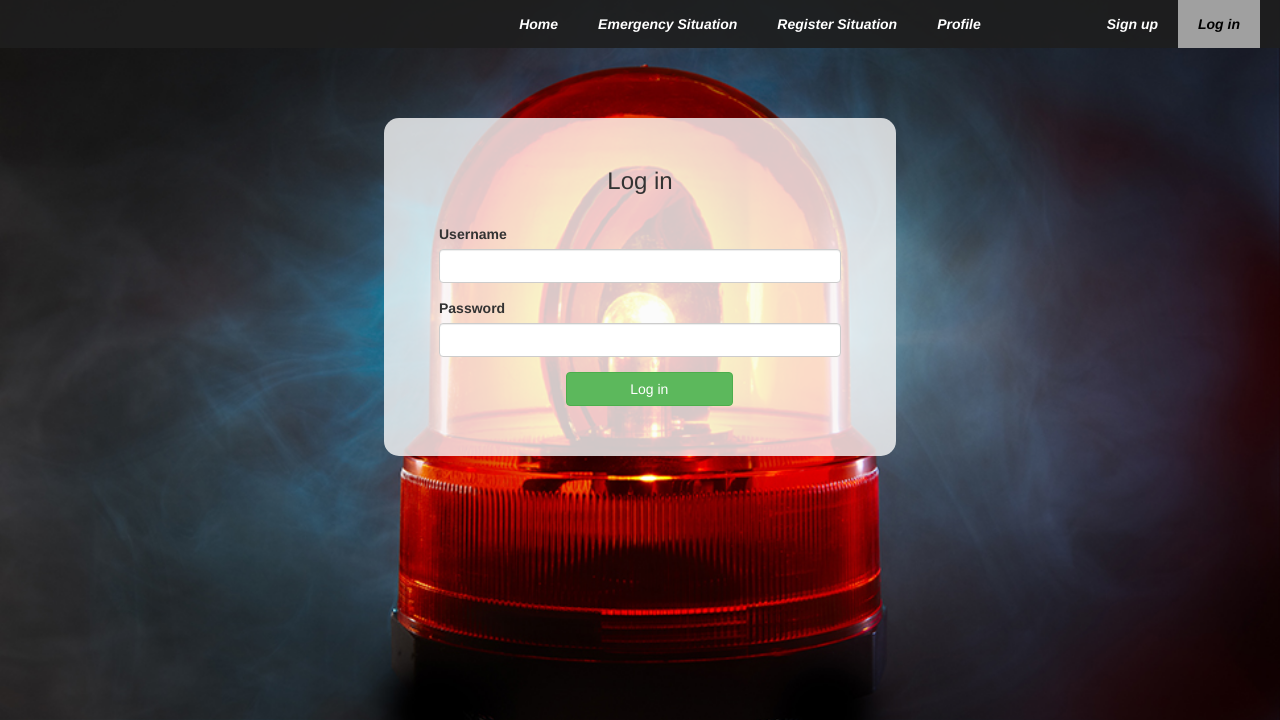
Repository: majamiljic/WebProgramming
Page: emergencySituations/WebContent/login.html
An editor plug-in stored every save of this project. The page is shown before and after the next save, followed by the edit.
The browser window is 1280 px wide. The pictures show the whole page.

Above is the page before, as saved 2018-01-26 13:37:09.

After the next save:
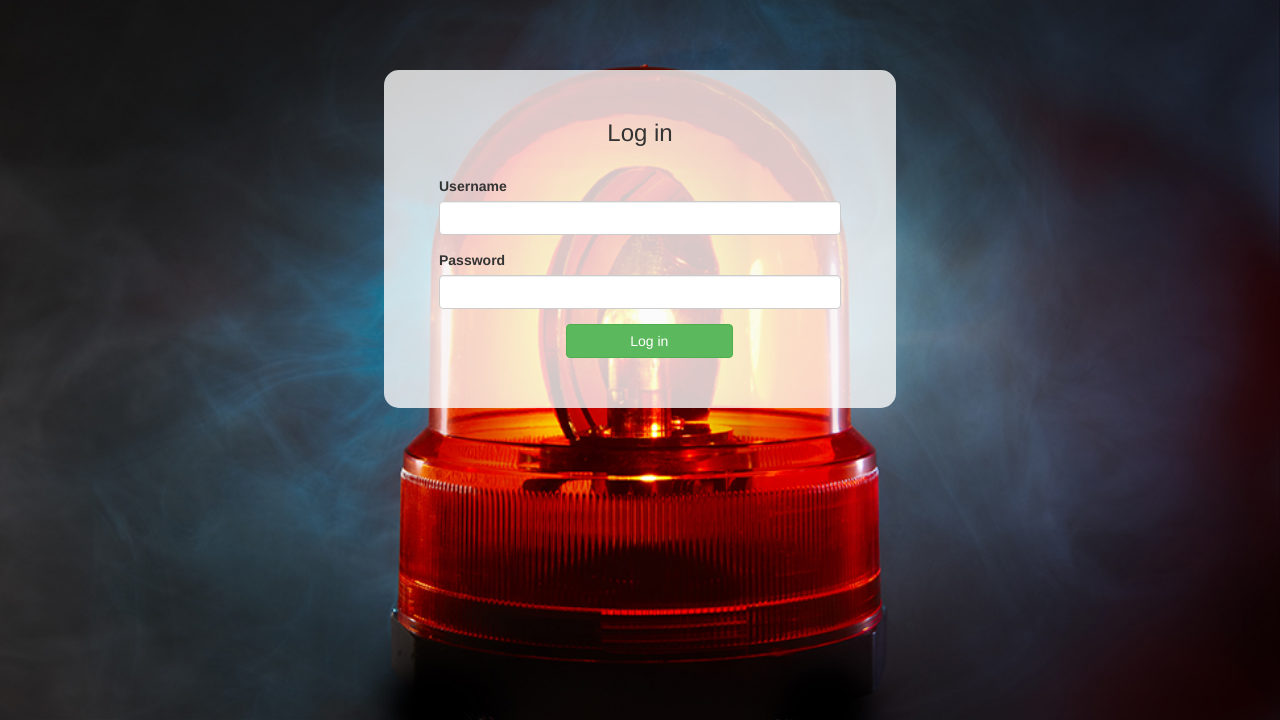
Saved 72 min 53 s later.
--- a/emergencySituations/WebContent/login.html
+++ b/emergencySituations/WebContent/login.html
@@ -8,18 +8,6 @@
 		<script type="text/javascript" src="js/controllers/login.js"></script>
     </head>
     <body style="background-color: black">
-        <ul>
-            <li><a href="situations.html">Home</a></li>
-            <li><a href="emergencySituation.html">Emergency Situation</a></li>
-            <li><a href="registerSituation.html">Register Situation</a></li>
-            <li><a href="profile.html">Profile</a></li>
-            <li style="float: right; margin-right: 20px;">
-				<a class="active" href="login.html">Log in</a>
-			</li>
-            <li style="float: right;">
-				<a href="signup.html">Sign up</a>
-			</li>
-        </ul>
 
         <div class="loginDiv" id="loginForm">
 			<form action="" method="post" class="loginForm">
